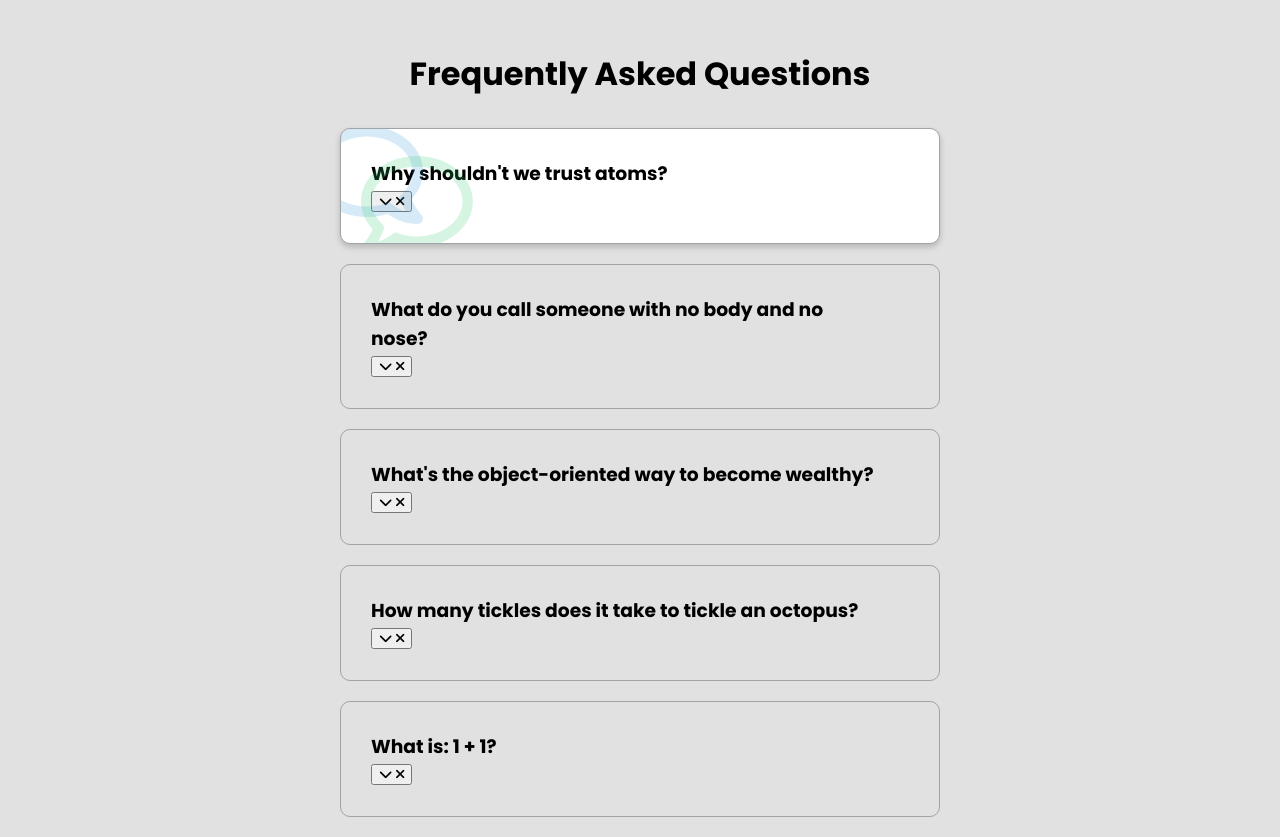
Repository: huynhvanngoan/50projectsin50days
Page: Day12/index.html
An editor plug-in stored every save of this project. The page is shown before and after a run of saves, followed by the edit.
The browser window is 1280 px wide. The pictures show the whole page.

Above is the page before, as saved 2022-11-14 23:16:52.

### Day12/index.html
<!DOCTYPE html>
<html lang="en">
<head>
    <meta charset="UTF-8">
    <meta http-equiv="X-UA-Compatible" content="IE=edge">
    <meta name="viewport" content="width=device-width, initial-scale=1.0">
    <title>Day 12 - FAQ Collapse</title>
    <link rel="stylesheet" href="https://cdnjs.cloudflare.com/ajax/libs/font-awesome/6.2.0/css/all.min.css"
        integrity="sha512-xh6O/CkQoPOWDdYTDqeRdPCVd1SpvCA9XXcUnZS2FmJNp1coAFzvtCN9BmamE+4aHK8yyUHUSCcJHgXloTyT2A=="
        crossorigin="anonymous" referrerpolicy="no-referrer" />
    <link rel="stylesheet" href="style.css">
</head>
<body>
    <h1>Frequently Asked Questions</h1>
    <div class="faq-container">
        <div class="faq active">
            <h3 class="faq-title">
                Why shouldn't we trust atoms?
            </h3>
            <p class="faq-text">
                They make up everything.
            </p>
            <button class = "faq-toggle">
                <i class="fas fa-chevron-down"></i>
                <i class="fas fa-times"></i>
            </button>
        </div>
        <div class="faq ">
            <h3 class="faq-title">
                What do you call someone with no body and no nose?
            </h3>
            <p class="faq-text">
                Nobody knows.
            </p>
            <button class = "faq-toggle">
                <i class="fas fa-chevron-down"></i>
                <i class="fas fa-times"></i>
            </button>
        </div>
        <div class="faq ">
            <h3 class="faq-title">
                What's the object-oriented way to become wealthy?
            </h3>
            <p class="faq-text">
                Inheritance.
            </p>
            <button class = "faq-toggle">
                <i class="fas fa-chevron-down"></i>
                <i class="fas fa-times"></i>
            </button>
        </div>
        <div class="faq ">
            <h3 class="faq-title">
                How many tickles does it take to tickle an octopus?
            </h3>
            <p class="faq-text">
                Ten-tickles!
            </p>
            <button class = "faq-toggle">
                <i class="fas fa-chevron-down"></i>
                <i class="fas fa-times"></i>
            </button>
        </div>
        <div class="faq ">
            <h3 class="faq-title">
                What is: 1 + 1?
            </h3>
            <p class="faq-text">
                Depends on who are you asking.
            </p>
            <button class = "faq-toggle">
                <i class="fas fa-chevron-down"></i>
                <i class="fas fa-times"></i>
            </button>
        </div>
    </div>
    <script src="script.js"></script>
</body>
</html>

### Day12/style.css
@import url('https://fonts.googleapis.com/css2?family=Poppins:wght@300;400;500;600;700&display=swap');
* {
    box-sizing: border-box;
}

body {
    font-family: 'Poppins', sans-serif;
    background-color: #e1e1e1;
}

h1{
    margin: 50px 0 30px;
    text-align: center;
}
.faq-container {
    max-width: 600px;
    margin: 0 auto;
}
.faq {
    background-color: transparent;
    border: 1px solid #9fa4a8;
    border-radius: 10px;
    margin: 20px 0;
    padding: 30px;
    position: relative;
    overflow: hidden;
    transition: 0.3s ease;
}
.faq.active {
    background-color: #fff;
    box-shadow: 0 3px 6px rgba(0, 0, 0, 0.1), 0 3px 6px rgba(0, 0, 0, 0.1);
}

.faq.active::before,
.faq.active::after {
    content: '\f075';
    font-family: 'Font Awesome 6 Free';
    color: #2ecc71;
    font-size: 7rem;
    position: absolute;
    opacity: 0.2;
    top: 20px;
    left: 20px;
    z-index: 0;
}
.faq.active::before{
    color: #3498db;
    top: -10px;
    left: -30px;
    transform: rotateY(180deg);
}
.faq-title {
    margin: 0 35px 0 0;
}
.faq-text {
    display: none;
    margin: 30px 0 0;
}
.fa1.active .faq-text

Loaded but not shown: Day12/script.js (no copy from this time; the picture is the same without it)

After the next 4 saves:
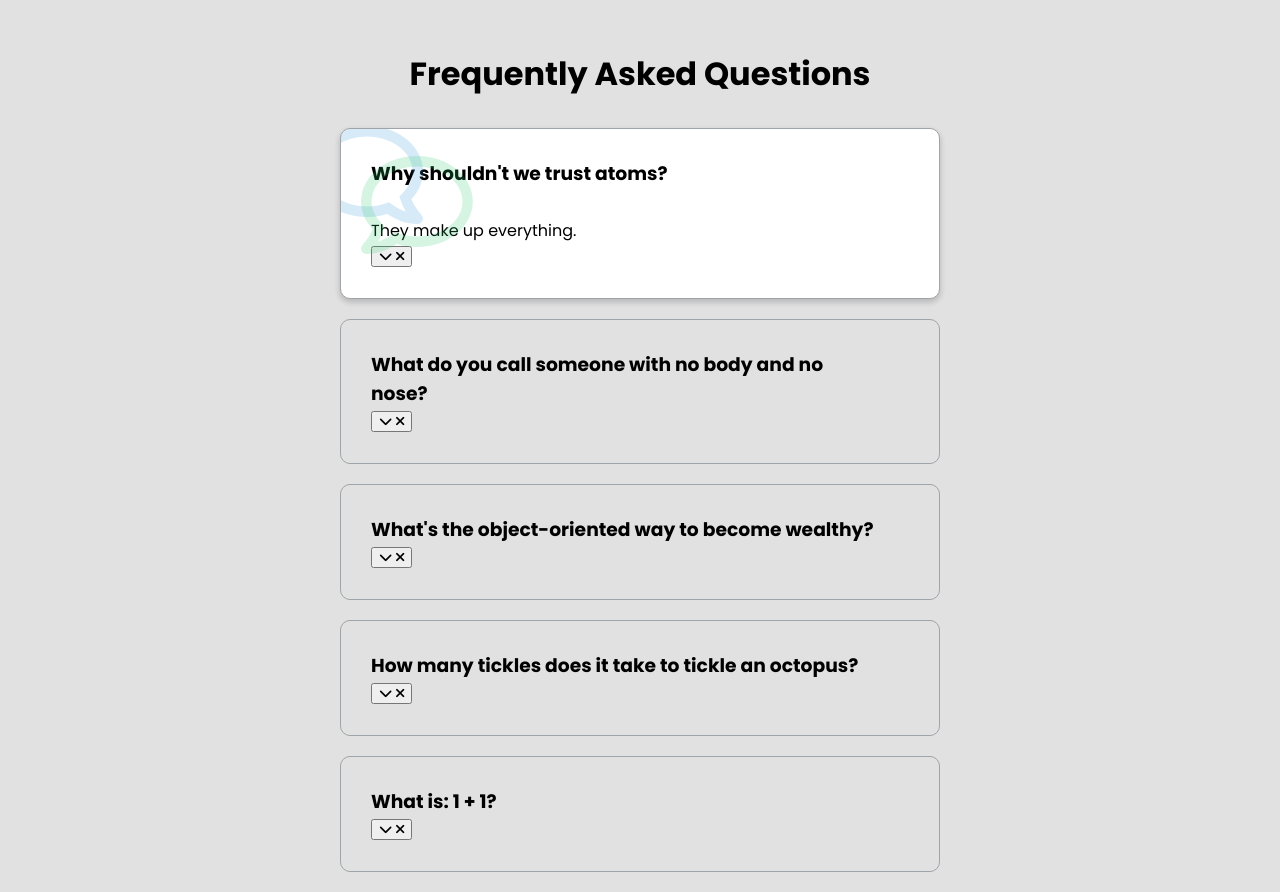
The 4 saves are shown as one change because they came seconds apart.
The last was saved 11 s later.
--- a/Day12/style.css
+++ b/Day12/style.css
@@ -56,4 +56,6 @@ h1{
     display: none;
     margin: 30px 0 0;
 }
-.fa1.active .faq-text
+.faq.active .faq-text{
+    display: block;
+}
